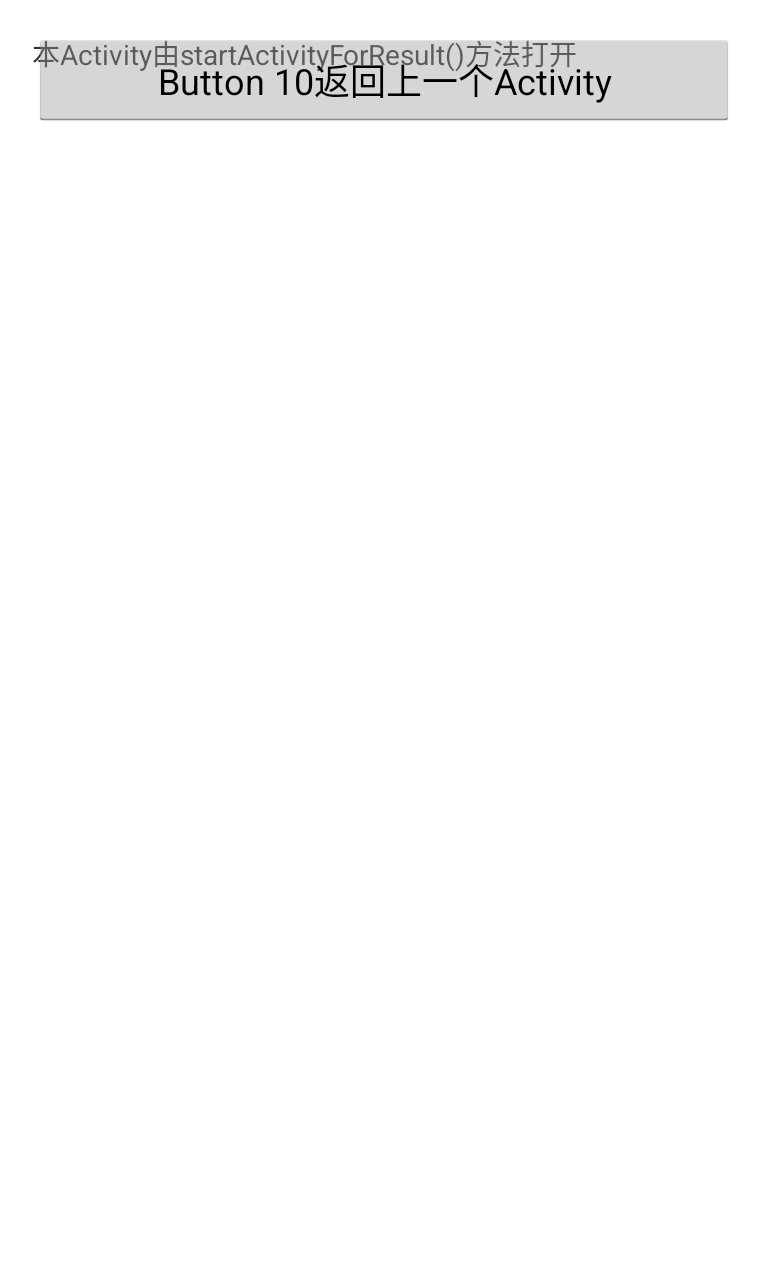
Repository: liujianpc/AndroidStudy
Layout: TestOptionMenue/res/layout/activity_fifth.xml
An editor plug-in stored every save of this project. The layout is shown before and after the next save, followed by the edit.
It is drawn on a 768 x 1280 px phone screen (xhdpi) without system bars, with theme AppTheme; the app's code is not run.

Above is the layout before, as saved 2016-07-10 06:54:24.

After the next save:
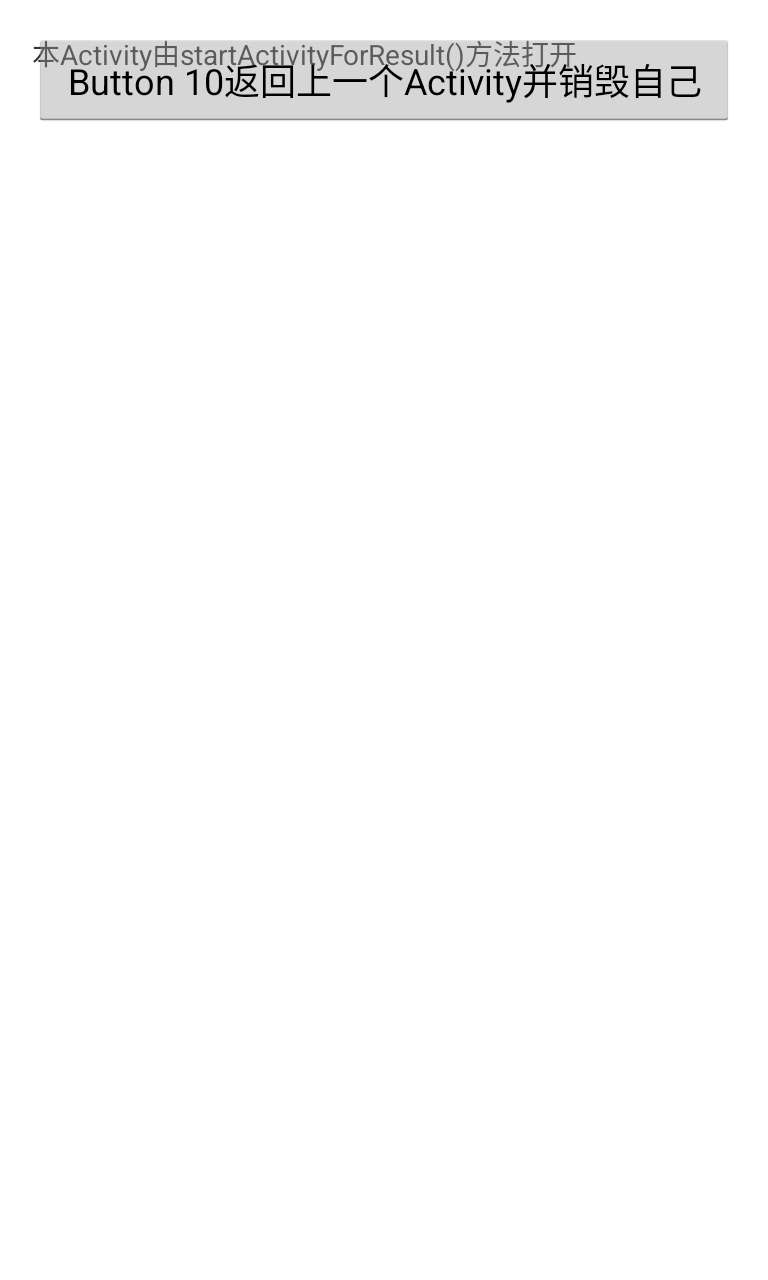
Saved 18 s later.
--- a/TestOptionMenue/res/values/strings.xml
+++ b/TestOptionMenue/res/values/strings.xml
@@ -17,7 +17,7 @@
     <string name="Button_7">Button 7 intent传送data</string>
     <string name="Button_8">Button 8销毁Activity</string>
     <string name="Button_9">Button 9用startActivityForResult()</string>
-    <string name="Button_10">Button 10返回上一个Activity</string>
+    <string name="Button_10">Button 10返回上一个Activity并销毁自己</string>
     <string name="title_activity_third">ThirdActivity</string>
     <string name="title_activity_fourth">FourthActivity</string>
     <string name="StringContent">this is the fourth Activity.data comes from firstActivity</string>
